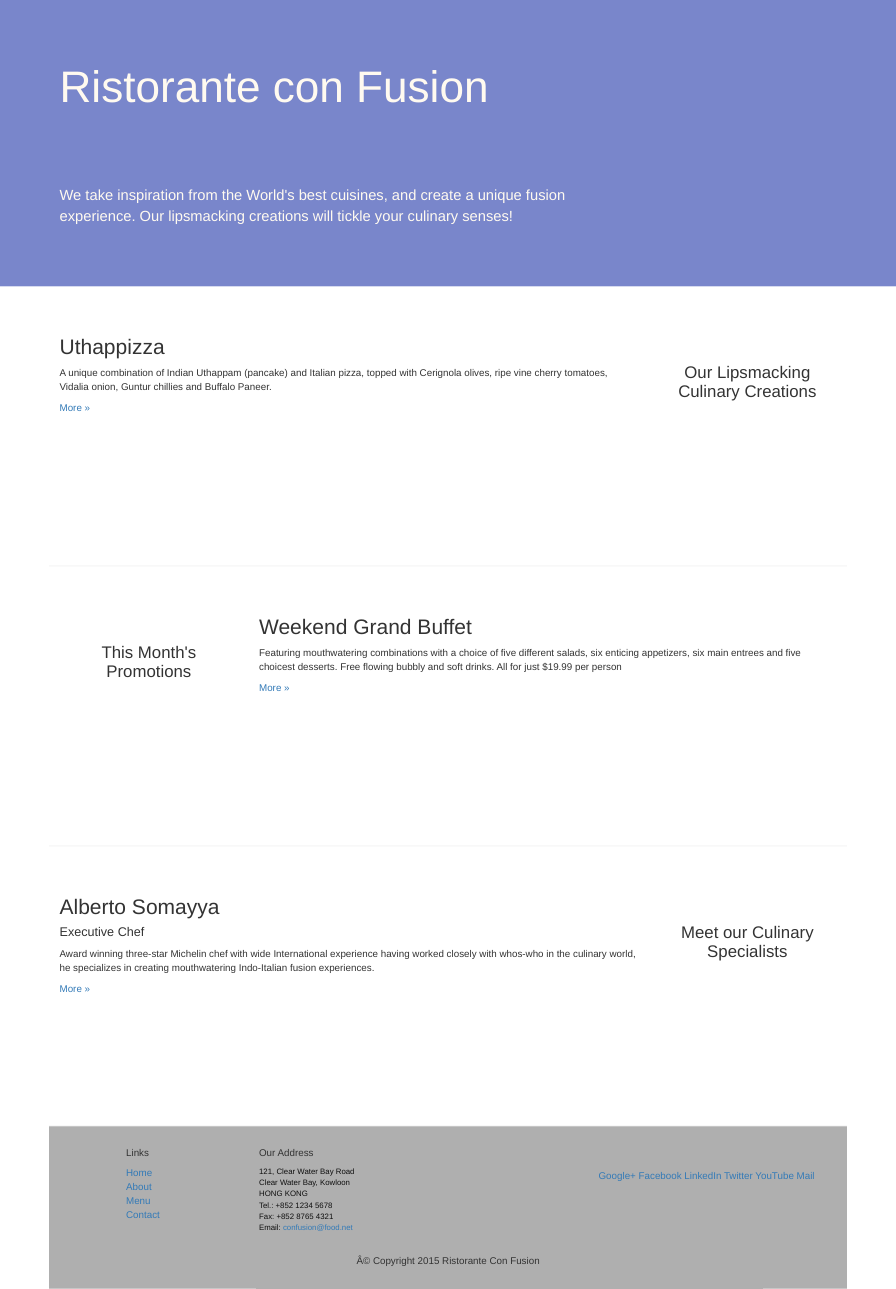
Repository: tagus24/Coursera
Page: Coursera/FullStackDeveloper/conFusion/src/main/webapp/index.html
An editor plug-in stored every save of this project. The page is shown before and after the next save, followed by the edit.
The browser window is 1280 px wide. The pictures show the whole page, at 70% of full size.
Some web libraries are served in a nearby version.

Above is the page before, as saved 2016-02-06 13:53:37.

After the next save:
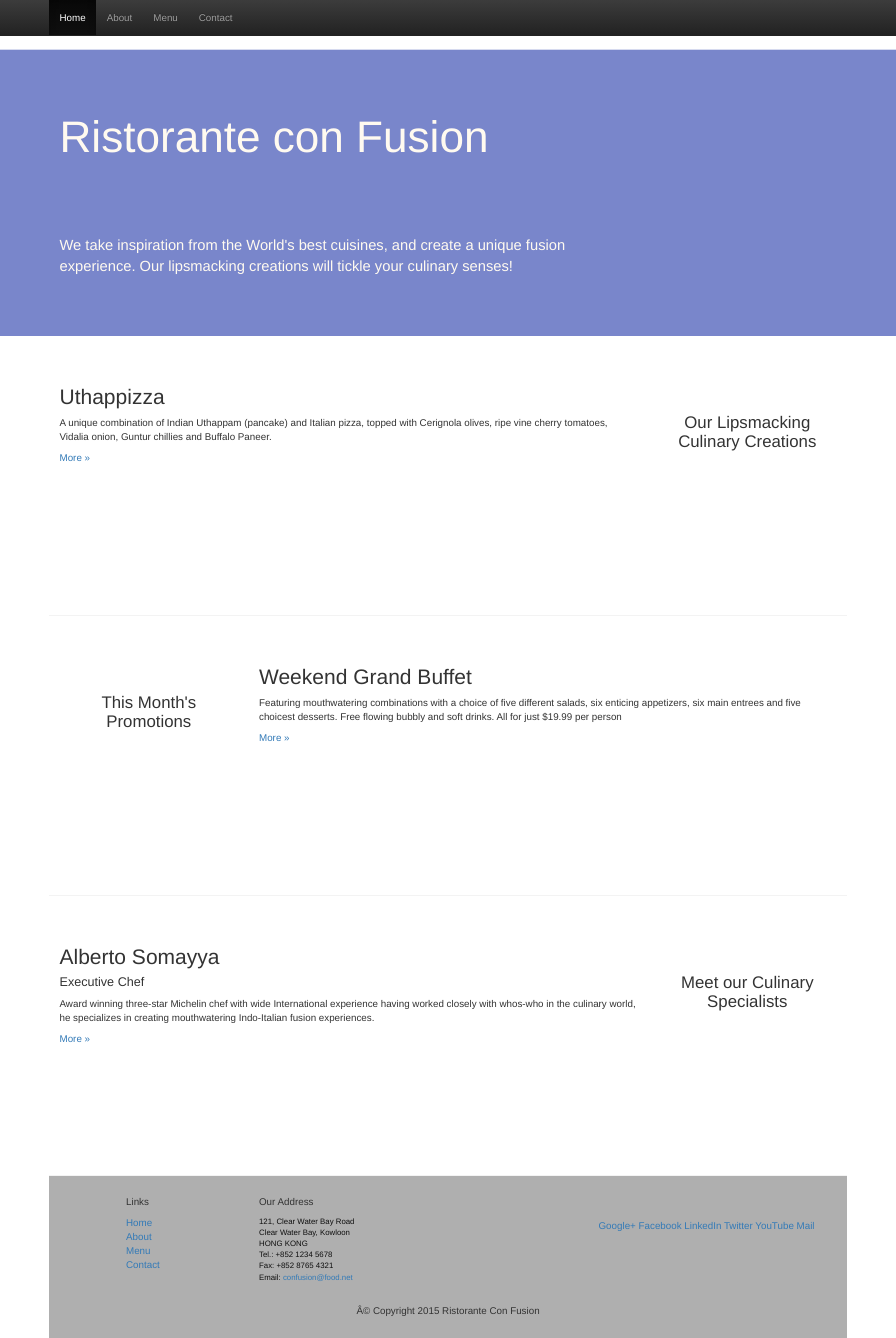
Saved 2 min 24 s later.
--- a/Coursera/FullStackDeveloper/conFusion/src/main/webapp/index.html
+++ b/Coursera/FullStackDeveloper/conFusion/src/main/webapp/index.html
@@ -25,6 +25,17 @@
 </head>
 
 <body>
+
+	<nav class="navbar navbar-inverse navbar-static-top" role="navigation">
+          <div class="container">
+              <ul class="nav navbar-nav">
+                  <li class="active"><a href="#">Home</a></li>
+                  <li><a href="#">About</a></li>
+                  <li><a href="#">Menu</a></li>
+                  <li><a href="#">Contact</a></li>
+              </ul>
+          </div>
+      </nav>
 
     <header class="jumbotron">
 
